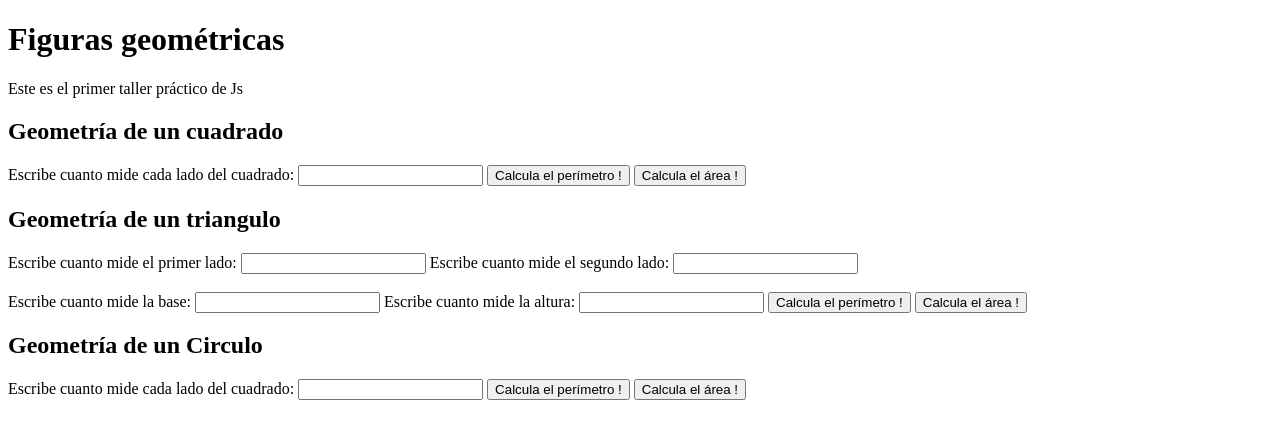
Repository: ChristianGecchelin/javascript-project
Page: javascript-project/figuras-geometricas/figuras.html
The author's editor kept a copy of each file at every save. The page is drawn from the files as they stood at one save, then again after the next save.
The browser window is 1280 px wide. The pictures show the whole page.

Above is the page before, as saved 2021-12-01 12:24:56.

### javascript-project/figuras-geometricas/figuras.html
<!DOCTYPE html>
<html lang="en">
  <head>
    <meta charset="UTF-8" />
    <meta http-equiv="X-UA-Compatible" content="IE=edge" />
    <meta name="viewport" content="width=device-width, initial-scale=1.0" />
    <title>Figuras geométricas | Proyecto 1</title>
  </head>
  <body>
    <header>
      <h1>Figuras geométricas</h1>
      <p>Este es el primer taller práctico de Js</p>
    </header>
    <section>
      <h2>Geometría de un cuadrado</h2>
      <form action="">
        <label for="">Escribe cuanto mide cada lado del cuadrado:</label>
        <input type="number" id="inputCuadrado" />
        <button type="button" onclick="calcularPerimetroCuadrado()">
          Calcula el perímetro !
        </button>
        <button type="button" onclick="calcularAreaCuadrado()">
          Calcula el área !
        </button>
        <!-- type button, para quitarle el submit por defecto y que no me redireccione a ningun lado -->
      </form>
    </section>
    <section>
      <h2>Geometría de un triangulo</h2>
      <form action="">
        <label for="">Escribe cuanto mide el primer lado:</label>
        <input type="number" id="inputLado1" />
        <label for="">Escribe cuanto mide el segundo lado:</label>
        <input type="number" id="inputLado2" /><br /><br />
        <label for="">Escribe cuanto mide la base:</label>
        <input type="number" id="inputBase" />
        <label for="">Escribe cuanto mide la altura:</label>
        <input type="number" id="inputAltura" />
        <button type="button" onclick="calcularPerimetroTriangulo()">
          Calcula el perímetro !
        </button>
        <button type="button" onclick="calcularAreaTriangulo()">
          Calcula el área !
        </button>
        <!-- type button, para quitarle el submit por defecto y que no me redireccione a ningun lado -->
      </form>
    </section>
    <section>
      <h2>Geometría de un Circulo</h2>
      <form action="">
        <label for="">Escribe cuanto mide cada lado del cuadrado:</label>
        <input type="number" id="inputCuadrado" />
        <button type="button" onclick="calcularPerimetroCuadrado()">
          Calcula el perímetro !
        </button>
        <button type="button" onclick="calcularAreaCuadrado()">
          Calcula el área !
        </button>
        <!-- type button, para quitarle el submit por defecto y que no me redireccione a ningun lado -->
      </form>
    </section>
    <script src="./figurasConFunciones.js"></script>
  </body>
</html>

### javascript-project/figuras-geometricas/figurasConFunciones.js
/* Codigo del cuadrado */
console.group("Cuadrado");
function perimetroCuadrado(lado) {
  return lado * 4;
}
/* console.log(`Perimetro del cuadrado es: ${perimetroCuadrado} cm.`); */
function areaCuadrado(lado) {
  return (
    lado ** 2
  ); /* debe estar escrito de igual manera el parametro que el return */
}

/* console.log(`El area del cuadrado es: ${areaCuadrado} cm^2.`); */
console.groupEnd();

/* Codigo del triangulo */
console.group("Triangulo");

function perimetroTriangulo(lado1, lado2, base) {
  return lado1 + lado2 + base;
}
function areaTriangulo(base, altura) {
  return (base * altura) / 2;
}
console.groupEnd();

//Codigo Circulo
console.group("Circulo");
function diametroCirculo(radio) {
  return radio * 2;
}
const pi = Math.PI;
function circunferencia(radio) {
  const diametro = diametroCirculo(radio);
  /* llamo a una funcion dentro de otra y creo una variable que tiene alcance local */
  return diametro * pi;
}
function superficieCirculo(radio) {
  return pi * radio ** 2;
}

console.groupEnd();

function calcularPerimetroCuadrado() {
  const input = document.getElementById("inputCuadrado");
  const value = input.value;
  const perimetro = perimetroCuadrado(value);
  alert(perimetro);
}
function calcularAreaCuadrado() {
  const input = document.getElementById("inputCuadrado");
  const value = input.value;
  const area = areaCuadrado(value);
  alert(area);
}

After the next save:
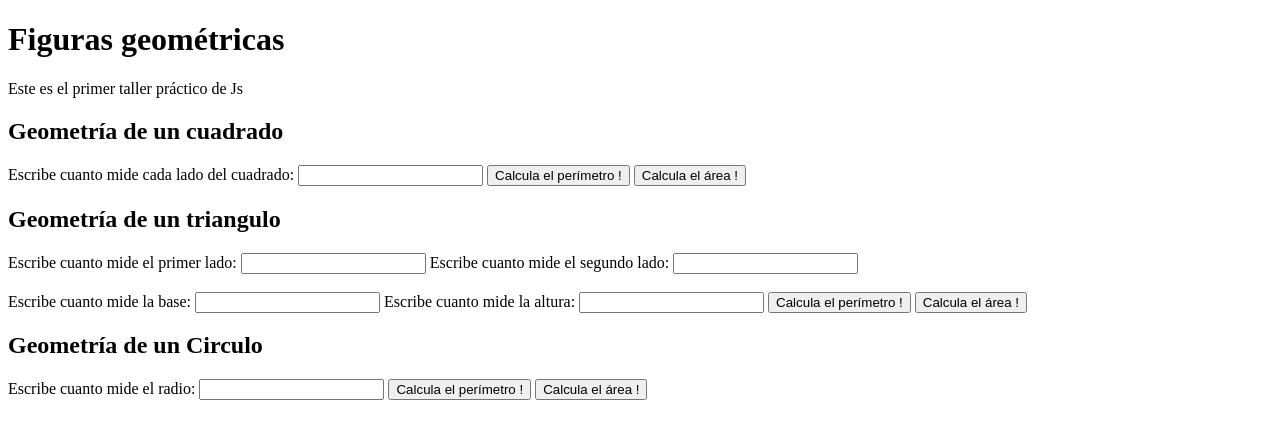
Saved 41 s later.
--- a/javascript-project/figuras-geometricas/figuras.html
+++ b/javascript-project/figuras-geometricas/figuras.html
@@ -48,12 +48,12 @@
     <section>
       <h2>Geometría de un Circulo</h2>
       <form action="">
-        <label for="">Escribe cuanto mide cada lado del cuadrado:</label>
-        <input type="number" id="inputCuadrado" />
-        <button type="button" onclick="calcularPerimetroCuadrado()">
+        <label for="">Escribe cuanto mide el radio:</label>
+        <input type="number" id="inputRadio" />
+        <button type="button" onclick="calcularPerimetroCirculo()">
           Calcula el perímetro !
         </button>
-        <button type="button" onclick="calcularAreaCuadrado()">
+        <button type="button" onclick="calcularAreaCirculo()">
           Calcula el área !
         </button>
         <!-- type button, para quitarle el submit por defecto y que no me redireccione a ningun lado -->
